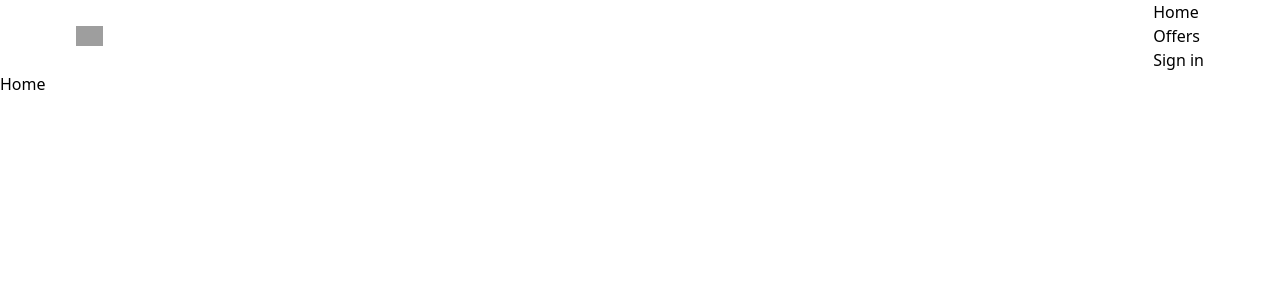
Repository: miraclesamson/realtor-clone
Page: /
An editor plug-in stored every save of this project. The page is shown before and after the next save, followed by the edit.
The browser window is 1280 px wide. The pictures show the whole page.
Pictures or frames that could not be fetched are drawn as grey boxes. The project was rebuilt for these pictures with package versions that can differ from the ones it lists, and the page was loaded fresh each time. Also part of the build but not shown: src/App.css, src/pages/Profile.jsx, src/pages/SignIn.jsx, src/pages/SignUp.jsx, src/pages/ForgotPassword.jsx, src/pages/Offers.jsx.

Above is the page before, as saved 2022-09-19 13:05:22.

After the next save:
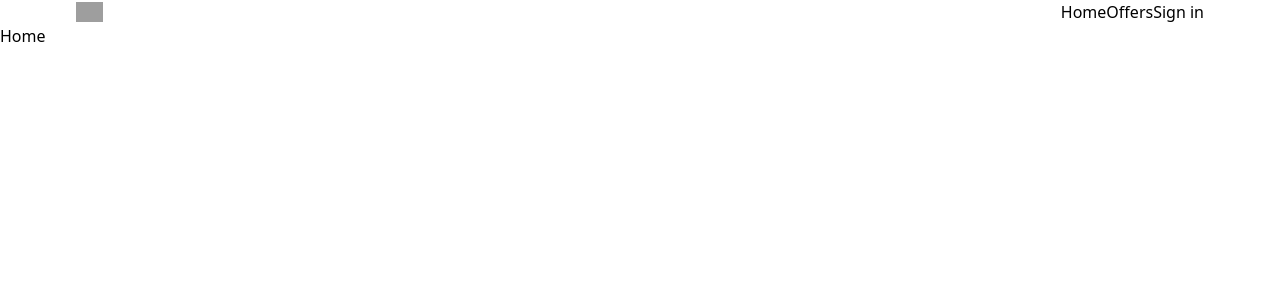
Saved 83 s later.
--- a/src/components/Header.jsx
+++ b/src/components/Header.jsx
@@ -12,7 +12,7 @@ export default function Header() {
           />
         </div>
         <div>
-          <ul>
+          <ul className="flex">
             <li>Home</li>
             <li>Offers</li>
             <li>Sign in</li>
